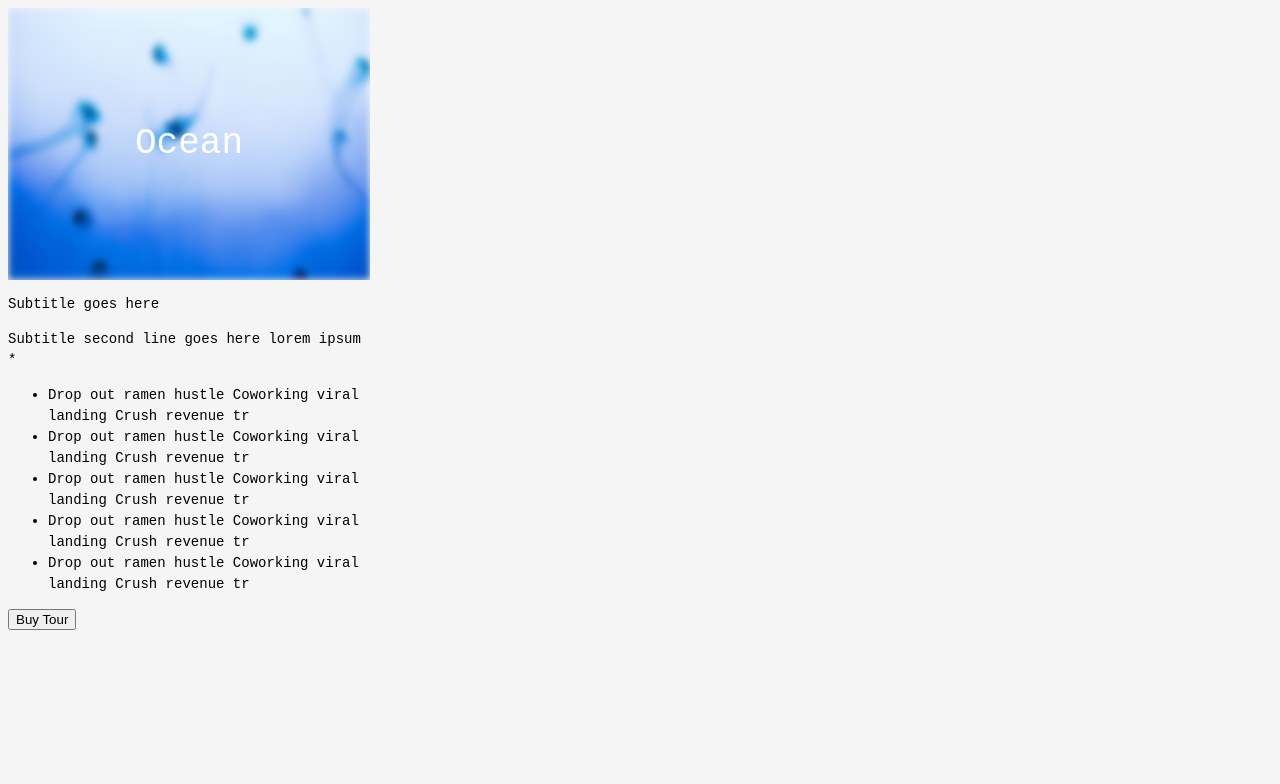
Repository: HoanTiny/pricetable
Page: index.html
The author's editor kept a copy of each file at every save. The page is drawn from the files as they stood at one save, then again after a run of saves.
The browser window is 1280 px wide. The pictures show the whole page.

Above is the page before, as saved 2022-07-04 10:06:00.

### index.html
<!DOCTYPE html>
<html lang="en">
    <head>
        <meta charset="UTF-8" />
        <meta http-equiv="X-UA-Compatible" content="IE=edge" />
        <meta name="viewport" content="width=device-width, initial-scale=1.0" />
        <title>PriceTable</title>
        <link rel="stylesheet" href="./assests/css/style.css" />
    </head>
    <body>
        <div class="container">
            <div class="price-table">
                <div class="img">
                    <img src="./assests/img/ocean.png" alt="logo" />
                    <span>Ocean</span>
                </div>
                <div class="title">
                    <div class="title_header">
                        <p>Subtitle goes here</p>
                        <p>Subtitle second line goes here lorem ipsum *</p>
                    </div>
                    <div class="title_list">
                        <ul>
                            <li>
                                Drop out ramen hustle Coworking viral landing
                                Crush revenue tr
                            </li>
                            <li>
                                Drop out ramen hustle Coworking viral landing
                                Crush revenue tr
                            </li>
                            <li>
                                Drop out ramen hustle Coworking viral landing
                                Crush revenue tr
                            </li>
                            <li>
                                Drop out ramen hustle Coworking viral landing
                                Crush revenue tr
                            </li>
                            <li>
                                Drop out ramen hustle Coworking viral landing
                                Crush revenue tr
                            </li>
                        </ul>
                    </div>
                    <div class="title_btn">
                        <button type="">Buy Tour</button>
                    </div>
                </div>
            </div>
        </div>
    </body>
</html>

### assests/css/style.css
body {
    background-color: #f5f5f5;
    font-family: "Courier New", Courier, monospace;
    font-size: 14px;
    line-height: 1.5;
}

* {
    box-sizing: border-box;
}

.container {
    display: flex;
}

.price-table {
    width: 362px;
    height: 768px;
}

.img {
    position: relative;
    height: 272px;
    width: 100%;
}

.img span {
    position: absolute;
    top: 50%;
    left: 50%;
    transform: translate(-50%, -50%);
    font-size: 36px;
    color: #fff;
}

img {
    width: 100%;
    height: 100%;
}

After the next 2 saves:
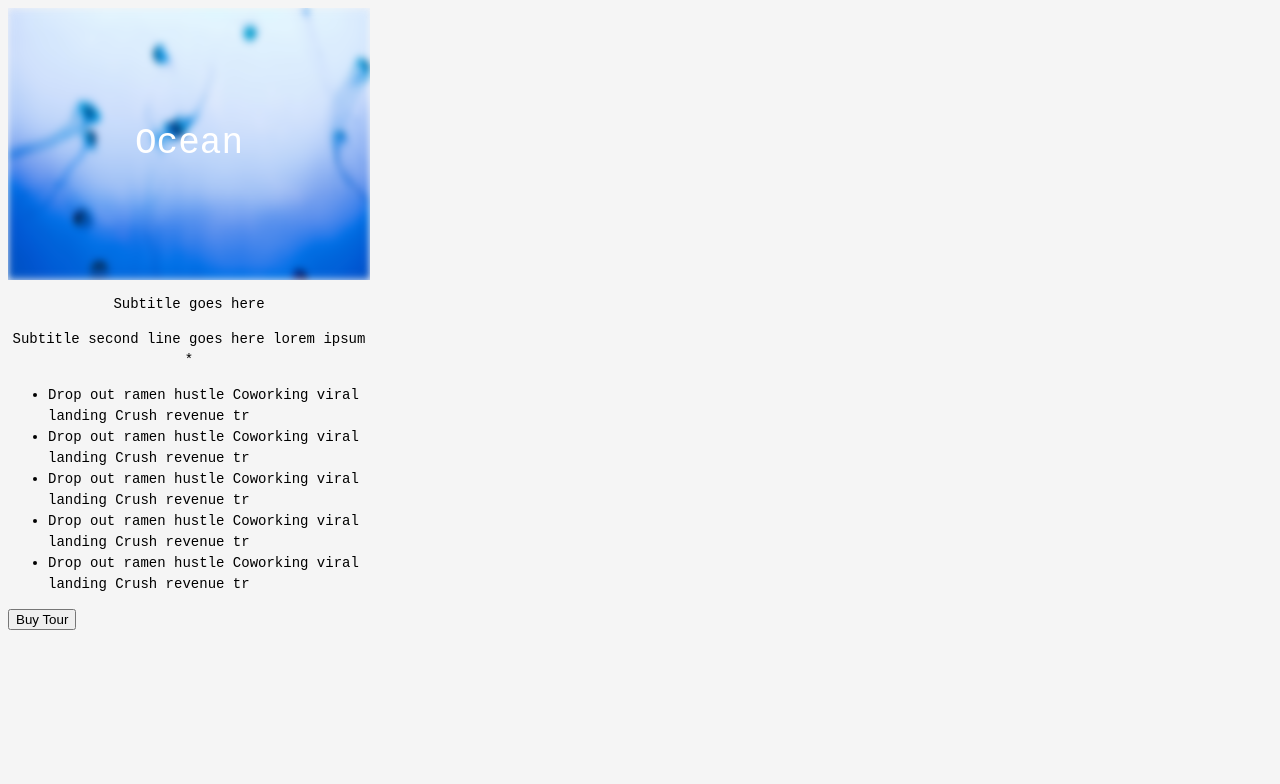
The 2 saves are shown as one change because they came seconds apart.
The last was saved 42 s later.
--- a/assests/css/style.css
+++ b/assests/css/style.css
@@ -37,3 +37,7 @@ img {
     width: 100%;
     height: 100%;
 }
+
+.title_header {
+    text-align: center;
+}
